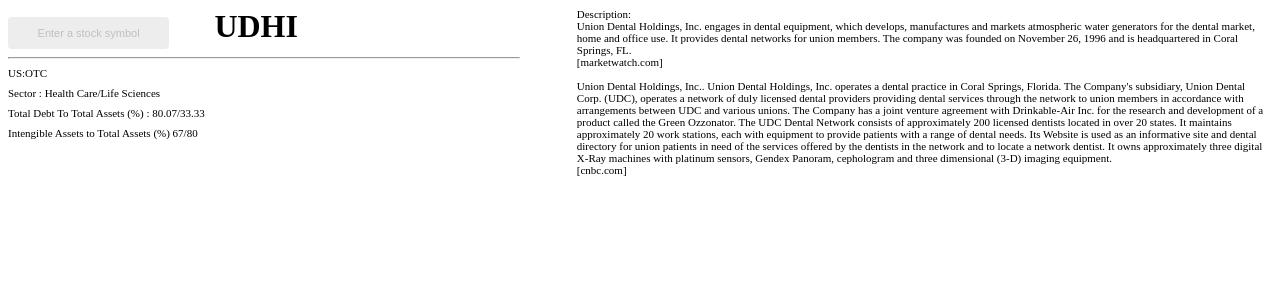
Repository: hadi4172/halal-stock-scanner
Page: popup.html
The author's editor kept a copy of each file at every save. The page is drawn from the files as they stood at one save, then again after the next save.
The browser window is 1280 px wide. The pictures show the whole page.

Above is the page before, as saved 2020-09-24 19:30:43.

### popup.html
<!DOCTYPE html>
<html>

<head>
    <title>Halal Stock Scanner</title>
    <meta charset="UTF-8">
    <link rel="stylesheet" href="SimpleBar/simplebar.css" />
    <link rel="stylesheet" href="font-awesome/font-awesome.min.css">
    <link rel="stylesheet" type="text/css" href="popup.css">
    <script src="popup.js"></script>
    <script src="SimpleBar/simplebar.min.js"></script>
</head>

<body>
    <div id=left>
        <input id=input class=dark-input type=text maxlength=5 placeholder="Enter a stock symbol" />
        <i id=search-btn class="fa fa-search fa-lg"></i>
        <i id=settings-btn class="fa fa-cog fa-lg"></i>
        <span id=symbol>UDHI</span>
        <i id=icon-is-correct-or-no class="fa fa-exclamation-triangle fa-2x"></i>
        <div style="width:90%">
            <hr>
            <div id=market class=info>US:OTC</div>
            <div id=sector class=info>Sector : Health Care/Life Sciences</div>
            <div id=debt-to-assets class=info>Total Debt To Total Assets (%) : 80.07/33.33</div>
            <div id=intengible-assets-to-total-assets class=info>Intengible Assets to Total Assets (%) 67/80 </div>
        </div>
    </div>

    <div id=right>
        <div id=description data-simplebar>
            Description: <br />
            Union Dental Holdings, Inc. engages in dental equipment, which develops, manufactures and markets
            atmospheric water generators for the dental market, home and office use. It provides dental networks for
            union members. The company was founded on November 26, 1996 and is headquartered in Coral Springs, FL.<br />
            [marketwatch.com]<br /><br />
            Union Dental Holdings, Inc.. Union Dental Holdings, Inc. operates a dental practice in Coral Springs,
            Florida. The Company's subsidiary, Union Dental Corp. (UDC), operates a network of duly licensed dental
            providers providing dental services through the network to union members in accordance with arrangements
            between UDC and various unions. The Company has a joint venture agreement with Drinkable-Air Inc. for the
            research and development of a product called the Green Ozzonator. The UDC Dental Network consists of
            approximately 200 licensed dentists located in over 20 states. It maintains approximately 20 work stations,
            each with equipment to provide patients with a range of dental needs. Its Website is used as an informative
            site and dental directory for union patients in need of the services offered by the dentists in the network
            and to locate a network dentist. It owns approximately three digital X-Ray machines with platinum sensors,
            Gendex Panoram, cephologram and three dimensional (3-D) imaging equipment.<br />
            [cnbc.com]
        </div>
    </div>
</body>

</html>

### SimpleBar/simplebar.css
[data-simplebar] {
  position: relative;
  flex-direction: column;
  flex-wrap: wrap;
  justify-content: flex-start;
  align-content: flex-start;
  align-items: flex-start;
}

.simplebar-wrapper {
  overflow: hidden;
  width: inherit;
  height: inherit;
  max-width: inherit;
  max-height: inherit;
}

.simplebar-mask {
  direction: inherit;
  position: absolute;
  overflow: hidden;
  padding: 0;
  margin: 0;
  left: 0;
  top: 0;
  bottom: 0;
  right: 0;
  width: auto !important;
  height: auto !important;
  z-index: 0;
}

.simplebar-offset {
  direction: inherit !important;
  box-sizing: inherit !important;
  resize: none !important;
  position: absolute;
  top: 0;
  left: 0;
  bottom: 0;
  right: 0;
  padding: 0;
  margin: 0;
  -webkit-overflow-scrolling: touch;
}

.simplebar-content-wrapper {
  direction: inherit;
  box-sizing: border-box !important;
  position: relative;
  display: block;
  height: 100%; /* Required for horizontal native scrollbar to not appear if parent is taller than natural height */
  width: auto;
  visibility: visible;
  max-width: 100%; /* Not required for horizontal scroll to trigger */
  max-height: 100%; /* Needed for vertical scroll to trigger */
  scrollbar-width: none;
  -ms-overflow-style: none;
}

.simplebar-content-wrapper::-webkit-scrollbar,
.simplebar-hide-scrollbar::-webkit-scrollbar {
  width: 0;
  height: 0;
}

.simplebar-content:before,
.simplebar-content:after {
  content: ' ';
  display: table;
}

.simplebar-placeholder {
  max-height: 100%;
  max-width: 100%;
  width: 100%;
  pointer-events: none;
}

.simplebar-height-auto-observer-wrapper {
  box-sizing: inherit !important;
  height: 100%;
  width: 100%;
  max-width: 1px;
  position: relative;
  float: left;
  max-height: 1px;
  overflow: hidden;
  z-index: -1;
  padding: 0;
  margin: 0;
  pointer-events: none;
  flex-grow: inherit;
  flex-shrink: 0;
  flex-basis: 0;
}

.simplebar-height-auto-observer {
  box-sizing: inherit;
  display: block;
  opacity: 0;
  position: absolute;
  top: 0;
  left: 0;
  height: 1000%;
  width: 1000%;
  min-height: 1px;
  min-width: 1px;
  overflow: hidden;
  pointer-events: none;
  z-index: -1;
}

.simplebar-track {
  z-index: 1;
  position: absolute;
  right: 0;
  bottom: 0;
  pointer-events: none;
  overflow: hidden;
}

[data-simplebar].simplebar-dragging .simplebar-content {
  pointer-events: none;
  user-select: none;
  -webkit-user-select: none;
}

[data-simplebar].simplebar-dragging .simplebar-track {
  pointer-events: all;
}

.simplebar-scrollbar {
  position: absolute;
  left: 0;
  right: 0;
  min-height: 10px;
}

.simplebar-scrollbar:before {
  position: absolute;
  content: '';
  background: black;
  border-radius: 7px;
  left: 2px;
  right: 2px;
  opacity: 0;
  transition: opacity 0.2s linear;
}

.simplebar-scrollbar.simplebar-visible:before {
  /* When hovered, remove all transitions from drag handle */
  opacity: 0.5;
  transition: opacity 0s linear;
}

.simplebar-track.simplebar-vertical {
  top: 0;
  width: 11px;
}

.simplebar-track.simplebar-vertical .simplebar-scrollbar:before {
  top: 2px;
  bottom: 2px;
}

.simplebar-track.simplebar-horizontal {
  left: 0;
  height: 11px;
}

.simplebar-track.simplebar-horizontal .simplebar-scrollbar:before {
  height: 100%;
  left: 2px;
  right: 2px;
}

.simplebar-track.simplebar-horizontal .simplebar-scrollbar {
  right: auto;
  left: 0;
  top: 2px;
  height: 7px;
  min-height: 0;
  min-width: 10px;
  width: auto;
}

/* Rtl support */
[data-simplebar-direction='rtl'] .simplebar-track.simplebar-vertical {
  right: auto;
  left: 0;
}

.hs-dummy-scrollbar-size {
  direction: rtl;
  position: fixed;
  opacity: 0;
  visibility: hidden;
  height: 500px;
  width: 500px;
  overflow-y: hidden;
  overflow-x: scroll;
}

.simplebar-hide-scrollbar {
  position: fixed;
  left: 0;
  visibility: hidden;
  overflow-y: scroll;
  scrollbar-width: none;
  -ms-overflow-style: none;
}

### popup.css
/* * {
    border: 1px black dotted;
} */

body{
    display:flex;
}

#right{
    width:55%
}

#left{
    width:45%
}

#description{
    height: 90vh;
}

#input{
    max-width: 60%;
    font-size: 11px;
    border: none;
    background: hsl(0 0% 93%);
    border-radius: .25rem;
    padding: .6rem;
}

::placeholder {
    text-align: center;
    color: rgb(191,191,191);
}

#description{
    font-size: 11px;
}

#symbol{
    font-size: 2em;
    font-weight: bolder;
}

.info{
    font-size: 11px;
    margin-bottom: 8px;
}

.dark-text{
    color:whitesmoke;
}

.dark-background{
    background-color: rgb(68,68,68);
}

.dark-input, .dark-icon{
    background-color: rgb(111,111,111);

}

#icon-is-correct-or-no{
    color:rgb(255, 117, 117);
}

Loaded but not shown: font-awesome/font-awesome.min.css (library); SimpleBar/simplebar.min.js (library); popup.js (no copy from this time; the picture is the same without it)

After the next save:
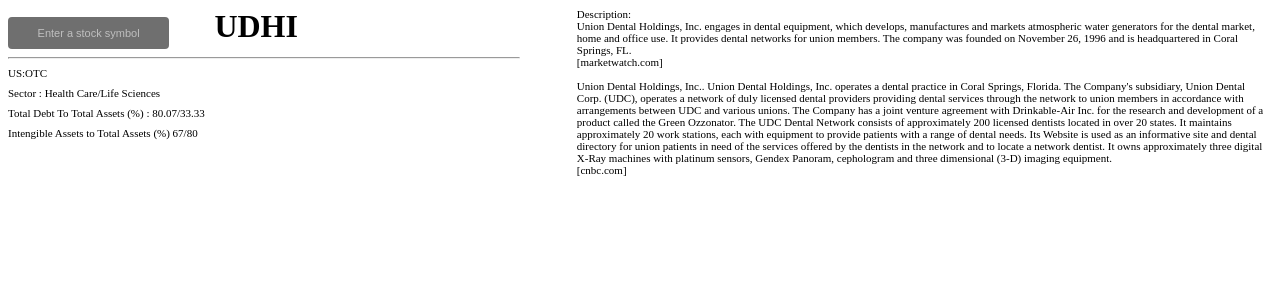
Saved 47 s later.
--- a/popup.css
+++ b/popup.css
@@ -18,7 +18,7 @@
     height: 90vh;
 }
 
-#input{
+input{
     max-width: 60%;
     font-size: 11px;
     border: none;
@@ -55,7 +55,7 @@
 }
 
 .dark-input, .dark-icon{
-    background-color: rgb(111,111,111);
+    background: rgb(111,111,111);
 
 }
 
